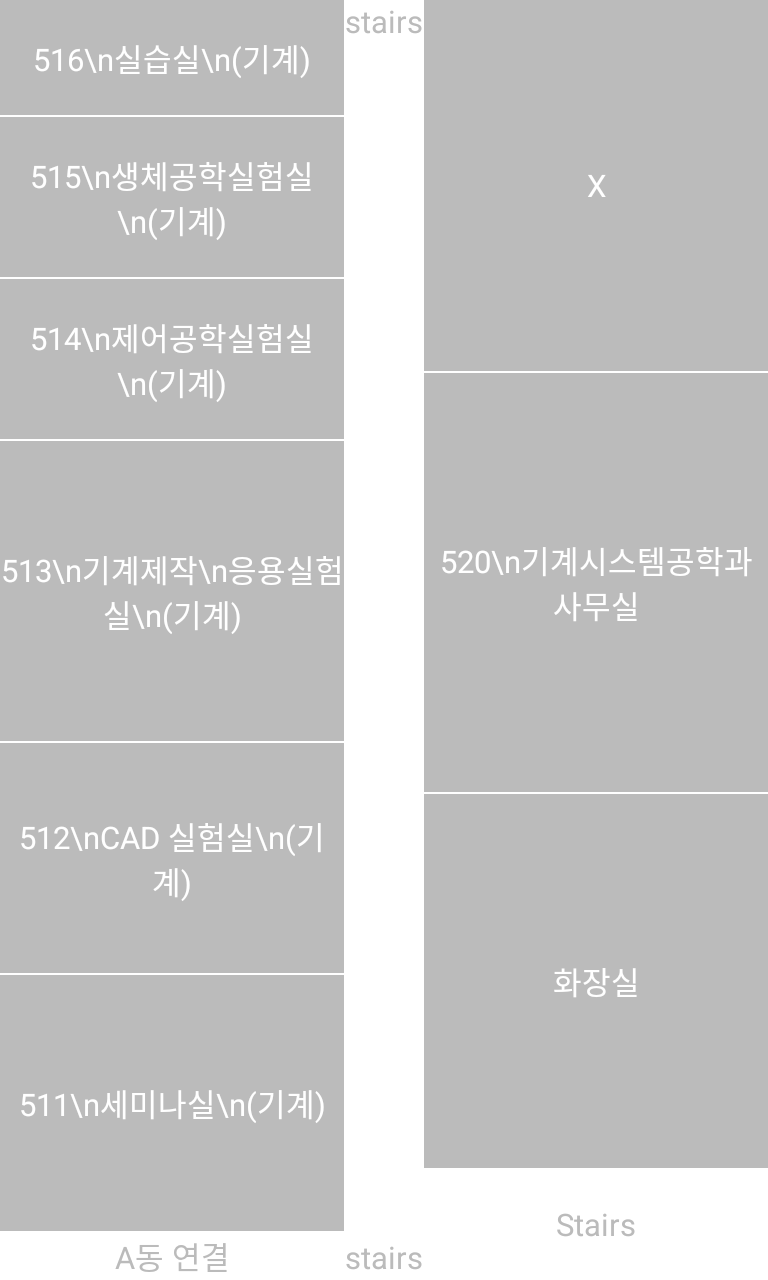
Repository: Choi-HyunWoo/Baddest
Layout: WorkOn_Hyunwoo/hansung.campusmap/res/layout/campus_gonghakb5.xml
These files come from the project's save history. The layout is drawn as it stood at one moment and after the next save; the edit follows.
It is drawn on a 768 x 1280 px phone screen (xhdpi) without system bars, with theme android:Theme.Light.NoTitleBar; the app's code is not run.

Above is the layout before, as saved 2014-05-30 18:22:38.

After the next save:
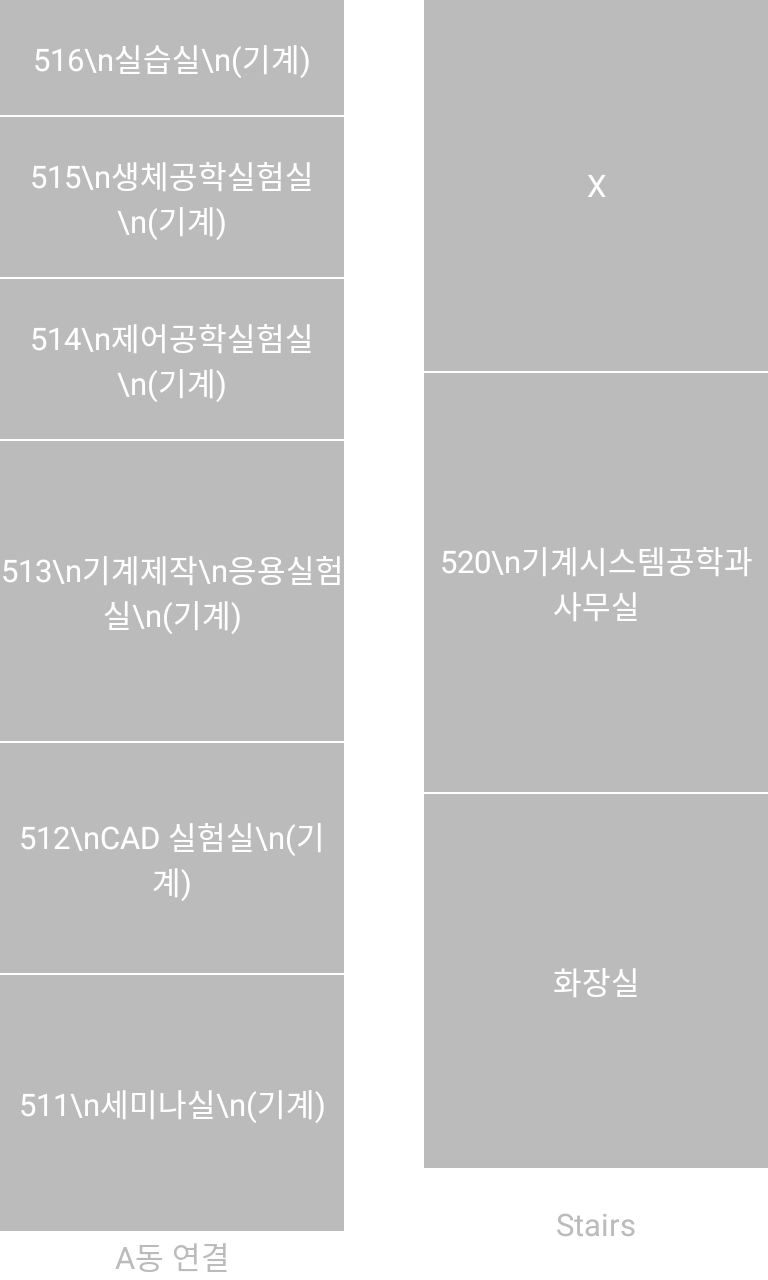
Saved 4 s later.
--- a/WorkOn_Hyunwoo/hansung.campusmap/res/layout/campus_gonghakb5.xml
+++ b/WorkOn_Hyunwoo/hansung.campusmap/res/layout/campus_gonghakb5.xml
@@ -45,18 +45,6 @@
     	android:layout_width="40dp"
         android:layout_height="match_parent"
         android:orientation="vertical" >
-	    <TextView
-	        android:text="stairs"
-	        style="@style/WhitePlace"
-	        android:layout_width="match_parent"
-	        android:layout_height="wrap_content"
-	        android:layout_alignParentTop="true" />
-	    <TextView
-	        android:text="stairs"
-	        style="@style/WhitePlace"
-	        android:layout_width="match_parent"
-	        android:layout_height="wrap_content"
-	        android:layout_alignParentBottom="true" />
 	</RelativeLayout>
 
     <LinearLayout
